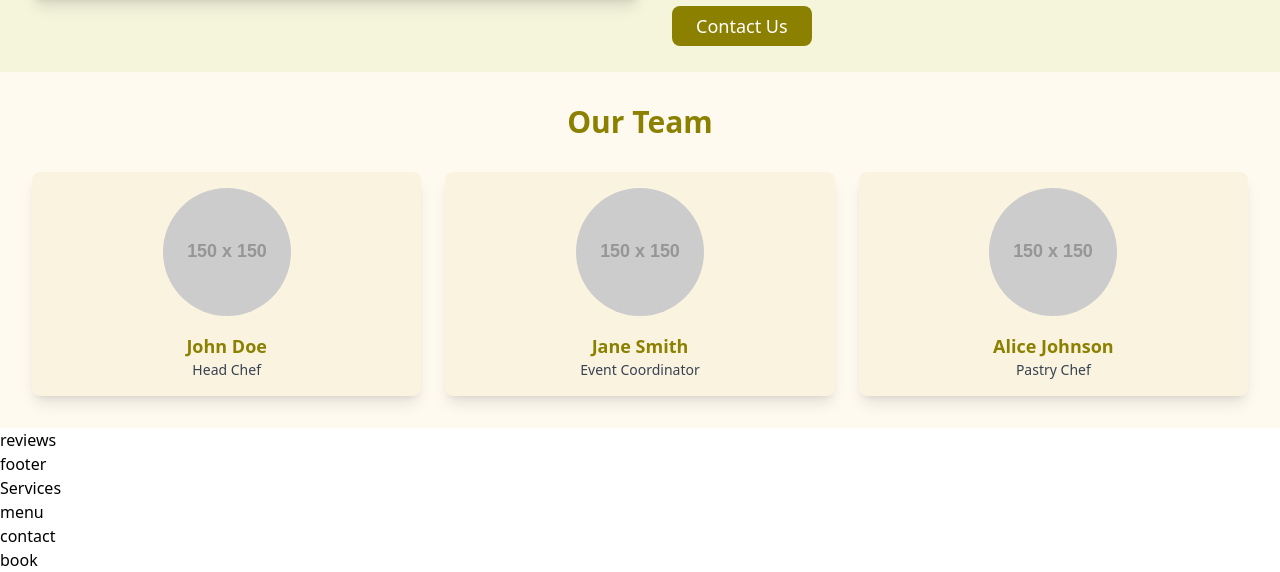
Repository: makanda596/compactchef
Page: /
The author's editor kept a copy of each file at every save. The page is drawn from the files as they stood at one save, then again after the next save.
The browser window is 1280 px wide. The pictures show the part of the page from y = 1396 to 1968 px (the page is 1968 px tall).
The project was rebuilt for these pictures with package versions that can differ from the ones it lists, and the page was loaded fresh each time.

Above is the page before, as saved 2025-01-07 18:18:24.

### public/index.html
<!DOCTYPE html>
<html lang="en">
  <head>
    <meta charset="utf-8" />
    <link rel="icon" href="./logo.jpg" />
    <meta name="viewport" content="width=device-width, initial-scale=1" />

    <link rel="apple-touch-icon" href="./logo.jpg" />


    <title>CompactChef Events</title>
  </head>
  <body>
    <div id="root"></div>
  </body>
</html>

### src/App.js
import Home from './pages/Home.jsx'
import Services from './pages/Services.jsx'
import Menu from './pages/Menu.jsx'
import Contact from './pages/Contact.jsx'
import Book from './pages/Book.jsx'
function App() {
  return (
    <>
      <Home />
      <Services />
      <Menu />
      <Contact />
      <Book />
    </>
  );
}

export default App;

### src/pages/Home.jsx
import React from 'react'
import Hero from '../components/Hero.jsx'
import Client from '../components/Client.jsx'
import About from '../components/About.jsx'
import Reviews from '../components/Reviews.jsx'
import Footer from '../components/Footer.jsx'
import Navbar from '../components/Navbar.jsx'
function Home() {
    return (
        <div>
            <Navbar />
            <Hero />
            <Client />
            <About />
            <Reviews />
            <Footer />
        </div>
    )
}

export default Home

### src/pages/Services.jsx
import React from 'react'

function Services() {
    return (
        <div>
            Services
        </div>
    )
}

export default Services

### src/pages/Menu.jsx
import React from 'react'

function Menu() {
    return (
        <div>
            menu
        </div>
    )
}

export default Menu

### src/pages/Contact.jsx
import React from 'react'

function Contact() {
    return (
        <div>
            contact
        </div>
    )
}

export default Contact

### src/pages/Book.jsx
import React from 'react'

function Book() {
    return (
        <div>
            book
        </div>
    )
}

export default Book

### src/components/Hero.jsx
import React from 'react';
import event from '../assets/event.jpg'
import cake from '../assets/cake.jpg'
function Hero() {
    const herofiles = [
        {
            id: 1,
        },
        {
            id: 1,
            img: "https://res.cloudinary.com/db5pgr14l/image/upload/v1736261948/compactChef/jexwbm6cu6letodrhwga.jpg"
        },
        {
            id: 1,
            img: "https://res.cloudinary.com/db5pgr14l/image/upload/v1736261950/compactChef/pmne88kacyveovx5736t.jpg"
        },
        {
            id: 1,
        }
        ,
        {
            id: 1,
            img: event
        },
        {
            id: 1,
        },
        {
            id: 1,
        },


    ]
    return (

        <div className="grid md:grid-cols-2 gap-4 my-2 px-2 pt-20">
            <div className="relative flex flex-col h-screen">
                <img src="https://res.cloudinary.com/db5pgr14l/image/upload/v1736261950/compactChef/qpq1t8gpht4m4uktjvhd.jpg" alt="Hero" className="object-cover w-full h-full" />
                <div className="absolute top-0 left-0 w-full h-full bg-yellow-500 bg-opacity-20 flex flex-col justify-center items-center text-white p-8">
                    <h1 className="text-4xl font-bold text-center text-white">COMPACT CHEFS EVENTS AND CATERERS</h1>
                    <p className="mt-4 text-3xl text-center">Where your food speaks for your taste</p>
                    <button className="mt-6 bg-orange-500 px-6 py-2 rounded text-white-500 hover:bg-gray-700">BOOK WITH US</button>
                </div>
            </div>

            <div className="gap-4 p-12">
                <div className="grid grid-cols-4 gap-4 mb-4">
                    {herofiles.slice(0, 4).map((item, index) => (
                        <img
                            src={item.img}
                            alt=""
                            key={index}
                            className="h-64 w-full rounded-lg object-cover"
                        />
                    ))}
                </div>

                <div className="grid grid-cols-3 gap-4 mb-4">
                    {herofiles.slice(4, 7).map((item, index) => (
                        <img
                            src={item.img}
                            alt=""
                            key={index}
                            className="h-64 w-full rounded-lg object-cover"
                        />
                    ))}
                </div>

                <div className="grid grid-cols-4 gap-4">
                    {herofiles.slice(7, 11).map((item, index) => (
                        <img
                            src={item.img}
                            alt=""
                            key={index}
                            className="h-64 w-full rounded-lg object-cover"
                        />
                    ))}
                </div>
            </div>



        </div>
    );
}

export default Hero;

### src/components/Client.jsx
import React from 'react'

import hero from '../assets/hero.jpg';
import event from '../assets/event.jpg'
import cake from '../assets/cake.jpg'
function Client() {
    const clients = [
        {
            id: 1,
            img: hero,
            name: 'organization'
        },
        {
            id: 1,
            img: cake,
            name: 'organization'

        },
        {
            id: 1,
            img: event,
            name: 'organization'

        },
        {
            id: 1,
            img: hero,
            name: 'organization'

        }
        ,
        {
            id: 1,
            img: event,
            name: 'organization'

        },
        {
            id: 1,
            img: hero,


        },
        {
            id: 1,
            img: hero
        },


    ]
    return (
        <div className="px-4 py-0">
            <div className="overflow-hidden">
                <div className="flex animate-slide  ">
                    {clients.map((client, index) => (
                        <div key={index} className=" flex-row  justify-items-center mx-2 ">
                            <img
                                src={client.img}
                                alt={client.name}
                                className="h-20 w-20 rounded-full object-cover"
                            />
                            <p className="ml-4 text-lg ">{client.name}</p>
                        </div>
                    ))}
                </div>
            </div>
        </div>

    )
}

export default Client

### src/components/About.jsx
import React from 'react';

function About() {
    const teamMembers = [
        {
            name: "John Doe",
            position: "Head Chef",
            image: "https://via.placeholder.com/150", // Replace with actual image URL
        },
        {
            name: "Jane Smith",
            position: "Event Coordinator",
            image: "https://via.placeholder.com/150", // Replace with actual image URL
        },
        {
            name: "Alice Johnson",
            position: "Pastry Chef",
            image: "https://via.placeholder.com/150", // Replace with actual image URL
        },
    ];

    return (
        <div>
            {/* About Section */}
            <section className="flex flex-wrap items-center justify-between p-8 mt-4 bg-[#f5f5dc]">
                {/* Left Side (Image) */}
                <div className="w-full md:w-1/2 mb-4 md:mb-0">
                    <img
                        src="https://res.cloudinary.com/db5pgr14l/image/upload/v1736261958/compactChef/rbllj9bnxq8yzdbe9cdw.jpg"
                        alt="Compact Chef Events and Caterers"
                        className="w-full h-96 rounded-lg shadow-lg object-fill"
                    />
                </div>

                {/* Right Side (Content) */}
                <div className="w-full md:w-1/2 md:pl-8">
                    <h2 className="text-2xl md:text-3xl font-bold text-[#8b8000] mb-4">
                        About Compact Chef Events and Caterers
                    </h2>
                    <p className="text-base md:text-lg text-gray-700 mb-4">
                        Compact Chef Events and Caterers specializes in delivering exceptional culinary experiences for all types of events. Whether you're hosting an intimate gathering, a corporate event, or a large celebration, we bring the finest food and hospitality to your occasion. Our team of expert chefs and event planners ensure that every detail is handled with care to make your event a memorable one.
                    </p>
                    <p className="text-base md:text-lg text-gray-700 mb-6">
                        From exquisite menu options to flawless event execution, we pride ourselves on providing personalized services that cater to your specific needs. Let us take care of the catering, so you can enjoy your event stress-free.
                    </p>

                    <a
                        href="#contact"
                        className="bg-[#8b8000] text-white py-2 px-6 rounded-lg text-lg hover:bg-[#a08d00] transition-colors duration-300"
                    >
                        Contact Us
                    </a>
                </div>
            </section>

            {/* Our Team Section */}
            <section className="p-8 bg-[#fffaf0]">
                <h2 className="text-3xl font-bold text-[#8b8000] text-center mb-8">Our Team</h2>
                <div className="grid grid-cols-1 sm:grid-cols-2 md:grid-cols-3 gap-6">
                    {teamMembers.map((member, index) => (
                        <div
                            key={index}
                            className="flex flex-col items-center bg-[#faf3e0] p-4 rounded-lg shadow-lg"
                        >
                            <img
                                src={member.image}
                                alt={member.name}
                                className="w-32 h-32 object-cover rounded-full mb-4"
                            />
                            <h3 className="text-lg font-bold text-[#8b8000]">{member.name}</h3>
                            <p className="text-sm text-gray-700">{member.position}</p>
                        </div>
                    ))}
                </div>
            </section>
        </div>
    );
}

export default About;

### src/components/Reviews.jsx
import React from 'react'

function Reviews() {
    return (
        <div>
            reviews

        </div>
    )
}

export default Reviews

### src/components/Footer.jsx
import React from 'react'

function Footer() {
    return (
        <div>
            footer
        </div>
    )
}

export default Footer

### src/components/Navbar.jsx
import React, { useState } from "react";
import logo from '../assets/logo.jpg'
const Navbar = () => {
    const [isOpen, setIsOpen] = useState(false);

    return (
        <nav className="bg-gold shadow-lg fixed top-0 z-50 w-full">
            <div className="container mx-auto px-4 flex justify-between items-center h-16">

                <div className="text-white font-bold text-2xl flex space-x-4">
                    <img src={logo} alt="" className="w-10 rounded-lg object-cover" />
                    <p>Compact Chefs</p></div>

                <div className="lg:hidden">
                    <button
                        onClick={() => setIsOpen(!isOpen)}
                        className="text-white focus:outline-none"
                    >
                        <svg
                            className="w-6 h-6"
                            xmlns="http://www.w3.org/2000/svg"
                            fill="none"
                            viewBox="0 0 24 24"
                            stroke="currentColor"
                        >
                            {isOpen ? (
                                <path
                                    strokeLinecap="round"
                                    strokeLinejoin="round"
                                    strokeWidth="2"
                                    d="M6 18L18 6M6 6l12 12"
                                />
                            ) : (
                                <path
                                    strokeLinecap="round"
                                    strokeLinejoin="round"
                                    strokeWidth="2"
                                    d="M4 6h16M4 12h16M4 18h16"
                                />
                            )}
                        </svg>
                    </button>
                </div>

                {/* Links for Desktop */}
                <div className="hidden lg:flex space-x-6">
                    <a href="#home" className="text-white hover:underline">
                        Home
                    </a>
                    <a href="#services" className="text-white hover:underline">
                        Services
                    </a>
                    <a href="#menu" className="text-white hover:underline">
                        Menu
                    </a>
                    <a href="#contact" className="text-white hover:underline">
                        Contact
                    </a>
                    <a href="#book-us" className="text-white hover:underline">
                        Book Us
                    </a>
                </div>
            </div>

            {/* Mobile Menu */}
            {isOpen && (
                <div className="lg:hidden bg-orange-400">
                    <a
                        href="#home"
                        className="block py-2 px-4 text-white hover:bg-orange-300"
                    >
                        Home
                    </a>
                    <a
                        href="#services"
                        className="block py-2 px-4 text-white hover:bg-orange-300"
                    >
                        Services
                    </a>
                    <a
                        href="#menu"
                        className="block py-2 px-4 text-white hover:bg-orange-300"
                    >
                        Menu
                    </a>
                    <a
                        href="#contact"
                        className="block py-2 px-4 text-white hover:bg-orange-300"
                    >
                        Contact
                    </a>
                    <a
                        href="#book-us"
                        className="block py-2 px-4 text-white hover:bg-orange-300"
                    >
                        Book Us
                    </a>
                </div>
            )}
        </nav>
    );
};

export default Navbar;

### tailwind.config.js
/** @type {import('tailwindcss').Config} */
module.exports = {
  content: [
    "./src/**/*.{js,jsx,ts,tsx}",
  ],
  theme: {
    extend: {
      animation: {
        'slide': 'slide 30s linear infinite',
      },
      colors: {
        gold: '#FFD700', // Gold color
      },
      keyframes: {
        slide: {
          '0%': { transform: 'translateX(100%)' },
          '100%': { transform: 'translateX(-100%)' },
        },
      },
    },
  },
  plugins: [],


}

Loaded but not shown: src/index.js (common file); src/index.css (common file); src/reportWebVitals.js (common file)

After the next save:
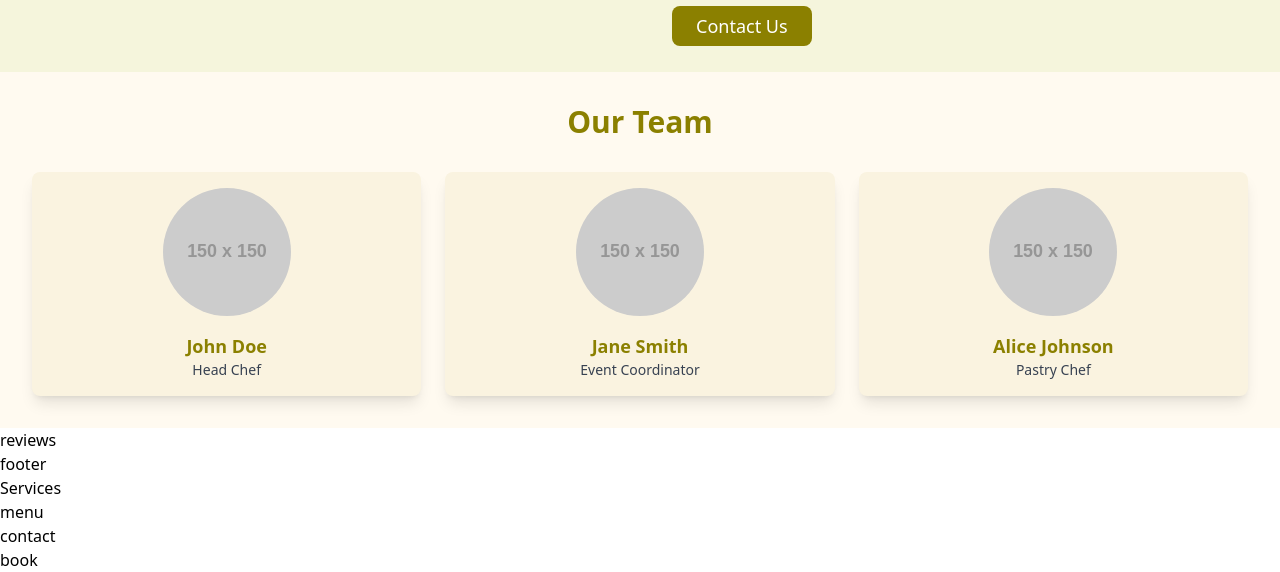
Saved 12 s later.
--- a/src/components/About.jsx
+++ b/src/components/About.jsx
@@ -28,7 +28,7 @@ function About() {
                     <img
                         src="https://res.cloudinary.com/db5pgr14l/image/upload/v1736261958/compactChef/rbllj9bnxq8yzdbe9cdw.jpg"
                         alt="Compact Chef Events and Caterers"
-                        className="w-full h-96 rounded-lg shadow-lg object-fill"
+                        className="w-full h-96 rounded-lg object-fill"
                     />
                 </div>
 
